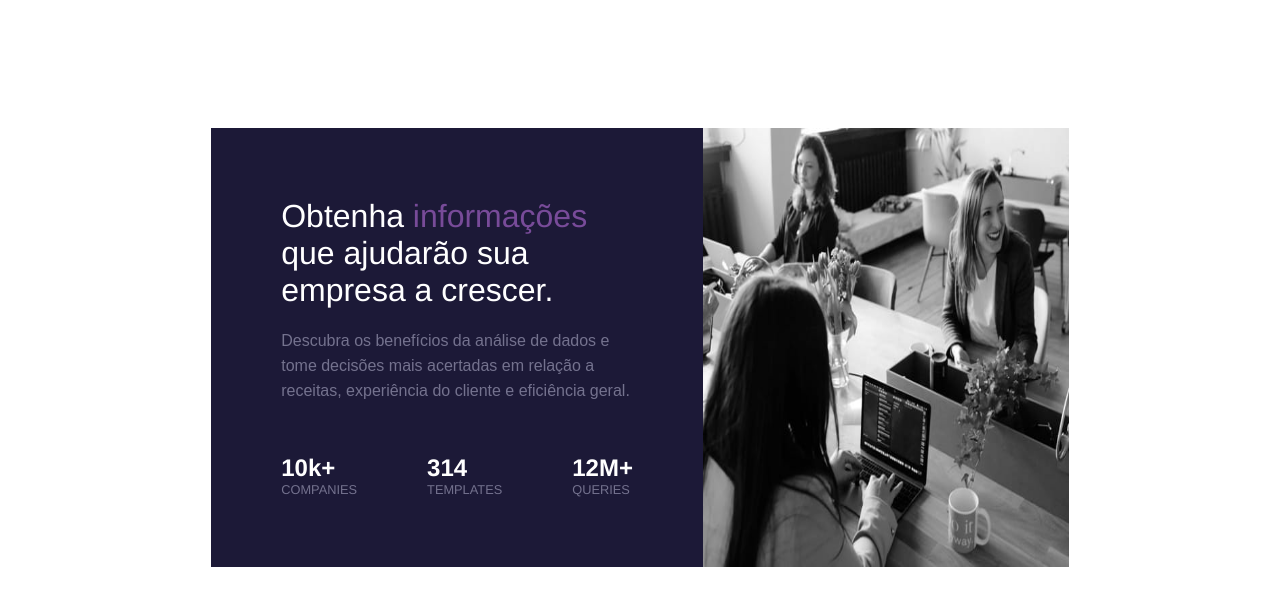
Repository: caique2512/componentes-de-estatisticas
Page: index.html
The author's editor kept a copy of each file at every save. The page is drawn from the files as they stood at one save, then again after a run of saves.
The browser window is 1280 px wide. The pictures show the whole page.

Above is the page before, as saved 2026-03-03 17:49:03.

### index.html
<!DOCTYPE html>
<html lang="pt-br">
<head>
    <meta charset="UTF-8">
    <meta name="viewport" content="width=device-width, initial-scale=1.0">
    <title>Estatisticas</title>
    <link rel="stylesheet" href="src/reset.css">
    <link rel="stylesheet" href="src/estilos.css">
</head>
<body>
    <main class="conteudo">
        <div class="conteudo-principal">
            <h1 class="titulo">Obtenha <span>informações</span> que ajudarão sua empresa a crescer.</h1>
            <p class="subtitulo">Descubra os benefícios da análise de dados e tome decisões mais acertadas em relação a receitas, experiência do cliente e eficiência geral.</p>
            <ul class="estatisticas">
                <ul class="item1">
                    <li class="descricao">10k+</li>
                    <li>COMPANIES</li>
                </ul>
                <ul class="item2">
                    <li class="descricao">314</li>
                    <li>TEMPLATES</li>
                </ul>
                <ul class="item3">
                    <li class="descricao">12M+</li>
                    <li>QUERIES</li>
                </ul>
            </ul>
        </div>
        <picture class="img">
            <img src="./images/image-header-desktop.jpg" alt="Mulheres no escritório">
        </picture>
    </main>
</body>
</html>

### src/estilos.css
body {

}

.conteudo {
    background-color: #1C1937;
    display: flex;
    max-width: calc(100% - 33%);
    margin: 0 auto;
    margin-top: 10%;
}

.conteudo-principal {
    padding: 70px;
    width: 500px;
}

.conteudo-principal .titulo {
    color: white;
    font-weight: 100;
    font-family: 'Franklin Gothic Medium', 'Arial Narrow', Arial, sans-serif;
    margin-bottom: 20px;
}

.conteudo-principal .titulo span {
    color: #784B99;
}

.conteudo-principal .subtitulo {
    color: #74728e;
    font-family: Arial, Helvetica, sans-serif;
    line-height: 1.56rem;
}

.conteudo-principal .estatisticas {
    display: flex;
    gap: 70px;
    margin-top: 50px;
}

.conteudo-principal .estatisticas .descricao {
    color: white;
    list-style: none;
    font-size: 1.5rem;
    font-weight: 600;
    font-family: 'Franklin Gothic Medium', 'Arial Narrow', Arial, sans-serif;
}

.conteudo-principal .estatisticas li {
    color: #74728e;
    font-family: 'Franklin Gothic Medium', 'Arial Narrow', Arial, sans-serif;
    font-size: 0.8rem;
    list-style: none;
}

.conteudo .img img {
    width: 100%;
    height: 100%;
}

Loaded but not shown: src/reset.css (common file)

After the next 3 saves:
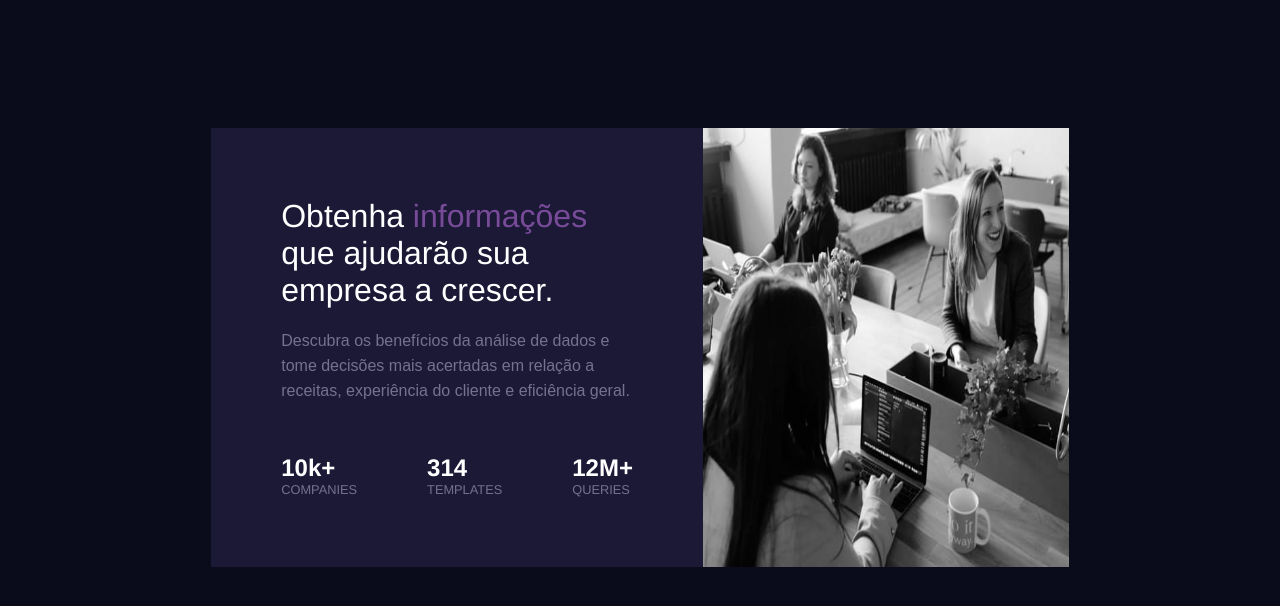
The 3 saves are shown as one change because they came seconds apart.
The last was saved 18 s later.
--- a/src/estilos.css
+++ b/src/estilos.css
@@ -1,5 +1,5 @@
 body {
-
+    background-color: #0A0C1B;
 }
 
 .conteudo {
